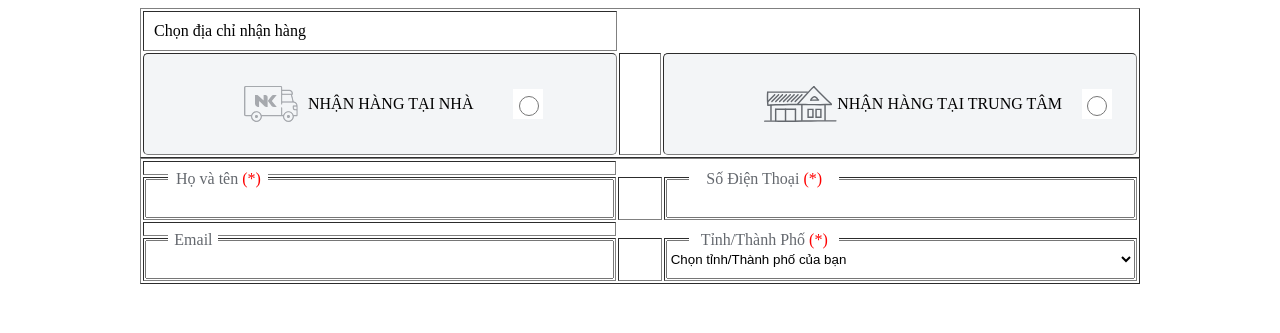
Repository: Tan-Khang21/TH_TKW--Buoi_04
Page: Bai_Tap_Tren_Lop/Bai_03/Bai_03.html
These files come from the project's save history. The page is drawn as it stood at one moment and after the next save; the edit follows.
The browser window is 1280 px wide. The pictures show the whole page.

Above is the page before, as saved 2024-03-08 20:56:09.

After the next save:
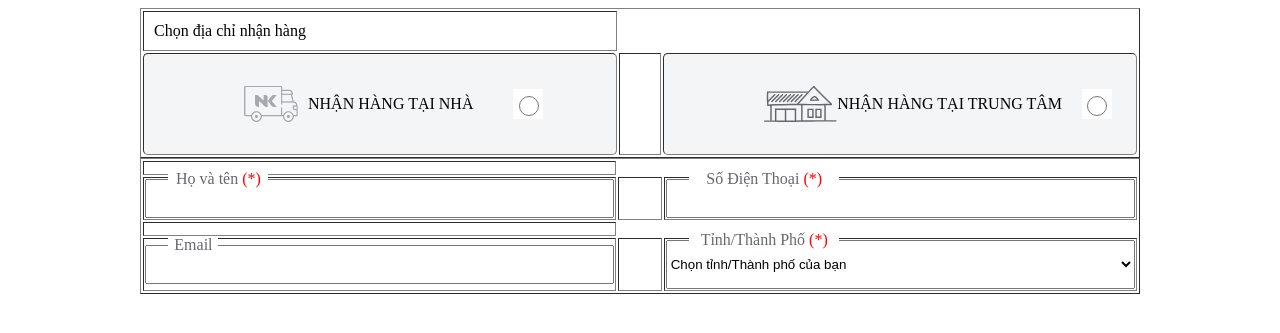
Saved 40 s later.
--- a/Bai_Tap_Tren_Lop/Bai_03/Bai_03.html
+++ b/Bai_Tap_Tren_Lop/Bai_03/Bai_03.html
@@ -420,7 +420,7 @@
           <td style="width: 475px;">
             <div style="position: relative;"><span style="color:#64686E;text-align: center; width: 150px; background-color: white; position: absolute; left: 5%; transform: translateY(-50%);"> Tỉnh/Thành Phố
               <span style="color: red;" >(*)</span></span>
-            <select style=" width: 100%; box-sizing: border-box; padding: 10px 0px;" >
+            <select style=" width: 100%; box-sizing: border-box; padding: 15px 0px;" >
               <option value="">Chọn tỉnh/Thành phố của bạn</option>
 <option value=""> Tp.Hồ Chí Minh</option>
 <option value=""> Bến Tre</option>
